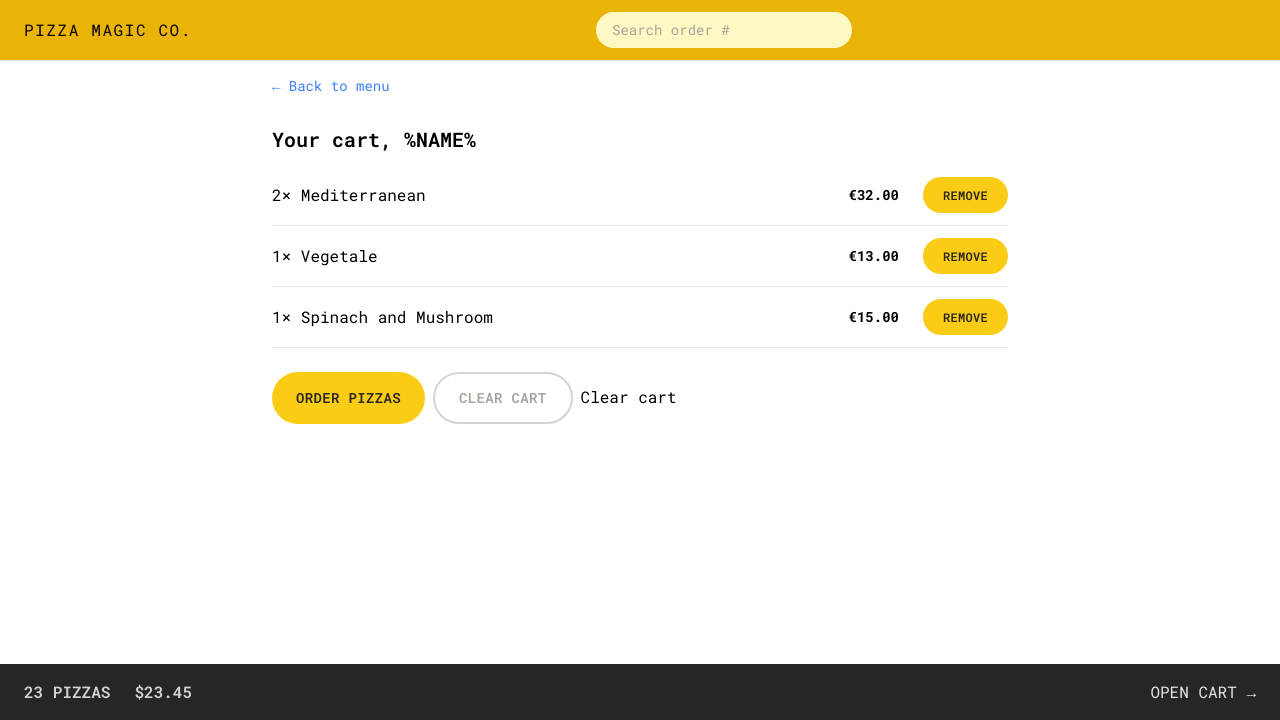
Repository: SyLe-Van/The-Pizza-Magic-web
Page: /cart
An editor plug-in stored every save of this project. The page is shown before and after the next save, followed by the edit.
The browser window is 1280 px wide. The pictures show the whole page.
The project was rebuilt for these pictures with package versions that can differ from the ones it lists, and the page was loaded fresh each time. Also part of the build but not shown: vite.config.js, src/features/user/CreateUser.jsx, src/ui/Home.jsx, src/ui/Loader.jsx, src/services/apiRestaurant.js, src/features/menu/Menu.jsx, src/ui/Error.jsx, src/features/order/CreateOrder.jsx and 2 more. Imported but missing from the stored project, and not drawn on this page: src/features/menu/MenuItem.

Above is the page before, as saved 2024-07-28 23:08:38.

### index.html
<!doctype html>
<html lang="en">
  <head>
    <meta charset="UTF-8" />
    <link rel="icon"
      href="data:[embedded picture, 141 characters]">

    <meta name="viewport" content="width=device-width, initial-scale=1.0" />
    <link rel="preconnect" href="https://fonts.googleapis.com">
    <link rel="preconnect" href="https://fonts.gstatic.com" crossorigin>
    <link href="https://fonts.googleapis.com/css2?family=Roboto+Mono:ital,wght@0,100..700;1,100..700&display=swap"
      rel="stylesheet">
    <title>Pizza Magic</title>
  </head>
  <body clas="bg-stone-100 text-stone-700">
    <div id="root"></div>
    <script type="module" src="/src/main.jsx"></script>
  </body>
</html>

### src/main.jsx
import React from 'react'
import ReactDOM from 'react-dom/client'
import App from './App.jsx'
import store from './store'
import { Provider } from 'react-redux'
import './index.css'
ReactDOM.createRoot(document.getElementById('root')).render(
  <React.StrictMode>
    <Provider store={store}>
      <App />
    </Provider>
  </React.StrictMode>,
)

### src/App.jsx
import {RouterProvider, createBrowserRouter } from "react-router-dom"
import Home from "./ui/Home"
import AppLayout from "./ui/AppLayout"
import Menu, {loader as menuLoader} from "./features/menu/Menu"
import Cart from "./features/cart/Cart"
import Error from "./ui/Error"
import CreateOrder, {action as CreateOrderAction} from "./features/order/CreateOrder"
import Order, {loader as orderLoader} from "./features/order/Order"
const router = createBrowserRouter([
  {
    element: <AppLayout />,
    errorElement: <Error />,
    children: [
      {
        path: "/",
        element: <Home />
      },
      {
        path: "/menu",
        element: <Menu />,
        loader: menuLoader,
        errorElement: <Error />,
      },
      {
        path: "/cart",
        element: <Cart />
      },
      {
        path: "/order/new",
        element: <CreateOrder />,
        action: CreateOrderAction,
      },
      {
        path: "/order/:orderId",
        element: <Order />,
        loader: orderLoader,
        errorElement: <Error />,
      }
    ]
  },


])

export default function App() {
  return <RouterProvider router={router} />
}

### src/index.css
@tailwind base;
@tailwind components;
@tailwind utilities;

@layer components {
  .input{
    @apply
      rounded-full
       md:px-6 md:py-3
        focus:ring
        focus:ring-yellow-400
         focus:outline-none
          border
           border-stone-200
             px-4 py-2
            text-sm transition-all
             duration-300
              placeholder:text-stone-400
               bg-slate-300

  }
    .loader {
      width: 45px;
      aspect-ratio: 0.75;
      --c: no-repeat linear-gradient(theme(colors.stone.800) 0 0);
      background: var(--c) 0% 50%, var(--c) 50% 50%, var(--c) 100% 50%;
      background-size: 20% 50%;
      animation: loading 1s infinite linear;
    }

    @keyframes loading {
      20% {
        background-position: 0% 0%, 50% 50%, 100% 50%;
      }

      40% {
        background-position: 0% 100%, 50% 0%, 100% 50%;
      }

      60% {
        background-position: 0% 50%, 50% 100%, 100% 0%;
      }

      80% {
        background-position: 0% 50%, 50% 50%, 100% 100%;
      }
    }
}
/* body {
  font-family: system-ui, -apple-system, BlinkMacSystemFont, 'Segoe UI', Roboto,
    Oxygen, Ubuntu, Cantarell, 'Open Sans', 'Helvetica Neue', sans-serif;
  background-color: #f7f7f7;
  color: #444;
}

.layout {
  display: grid;
  grid-template-rows: auto 1fr auto;
  gap: 32px;
  height: 100dvh;

} */

/* https://dev.to/afif/i-made-100-css-loaders-for-your-next-project-4eje */

### src/ui/AppLayout.jsx
import { Outlet, useNavigation } from "react-router-dom";
import CartOverview from "../features/cart/CartOverview";
import Header from "./Header";
import Loader from "./Loader";
export default function AppLayout() {
    const navigation = useNavigation()
    const isLoading = navigation.state === "loading"
    return (
        <div className="grid h-screen grid-rows-[auto_1fr_auto]">
            {isLoading && <Loader />}
            <Header />
            <div className="overflow-scroll">
                <main className="mx-auto max-w-3xl ">
                    <Outlet />
                </main>
            </div>
            <CartOverview />
        </div>
    )
}

### src/features/cart/Cart.jsx
import { Link } from 'react-router-dom';
import LinkButton from '../../ui/LinkButton';
import Button from '../../ui/Button';
import CartItem from './CartItem';
const fakeCart = [
  {
    pizzaId: 12,
    name: 'Mediterranean',
    quantity: 2,
    unitPrice: 16,
    totalPrice: 32,
  },
  {
    pizzaId: 6,
    name: 'Vegetale',
    quantity: 1,
    unitPrice: 13,
    totalPrice: 13,
  },
  {
    pizzaId: 11,
    name: 'Spinach and Mushroom',
    quantity: 1,
    unitPrice: 15,
    totalPrice: 15,
  },
];

function Cart() {
  const cart = fakeCart;

  return (
    <div className='py-3 px-4 '>
      <LinkButton to="/menu">&larr; Back to menu</LinkButton>
      <h2 className='mt-7 text-xl font-semibold'>Your cart, %NAME%</h2>
      <ul className='divide-y divide-stone-200 border-b mt-3'>
        {cart.map(item => <CartItem item={item} key={item.key} />)}
      </ul>
      <div className='mt-6 space-x-2'>
        <Button type="primary" to="/order/new">Order pizzas</Button>

        <Button type="secondary">Clear cart</Button>
        <button>Clear cart</button>
      </div>
    </div>
  );
}

export default Cart;

### src/features/user/userSlice.js
// function getPosition() {
//   return new Promise(function (resolve, reject) {
//     navigator.geolocation.getCurrentPosition(resolve, reject);
//   });
// }

// async function fetchAddress() {
//   // 1) We get the user's geolocation position
//   const positionObj = await getPosition();
//   const position = {
//     latitude: positionObj.coords.latitude,
//     longitude: positionObj.coords.longitude,
//   };

//   // 2) Then we use a reverse geocoding API to get a description of the user's address, so we can display it the order form, so that the user can correct it if wrong
//   const addressObj = await getAddress(position);
//   const address = `${addressObj?.locality}, ${addressObj?.city} ${addressObj?.postcode}, ${addressObj?.countryName}`;

//   // 3) Then we return an object with the data that we are interested in
//   return { position, address };
// }
import { createSlice } from "@reduxjs/toolkit";

const initialState = {
  username: "",
};
const userSlice = createSlice({
  name: "user",
  initialState,
  reducers: {
    updateName(state, action) {
      state.username = action.payload;
    },
  },
});

export const { updateName } = userSlice.actions;

export default userSlice.reducer;

### src/features/cart/CartOverview.jsx
import { Link } from "react-router-dom";

export default function CartOverview() {
  return (
    <div className="bg-stone-800 text-stone-200 py-4 justify-between uppercase  px-4 sm:px-6 md:text-base flex items-center">
      <p className="text-stone-300 font-semibold space-x-4 sm:space-x-6">
        <span>23 pizzas</span>
        <span>$23.45</span>
      </p>
      <Link to='/cart'>Open cart &rarr;</Link>
    </div>
  );
}

### src/ui/Header.jsx
import { Link } from "react-router-dom";
import Username from "../features/user/Username";
import SearchOrder from "../features/order/SearchOrder";

export default function Header() {
    return (
        <header className="bg-yellow-500  flex items-center justify-between uppercase py-3 px-4 border-b border-stone-200 sm:px-6">
            <Link className="tracking-widest" to="/">Pizza Magic Co.</Link>
            <SearchOrder />

            <Username />

        </header>
    )
}

### src/ui/LinkButton.jsx
import {Link, useNavigate } from 'react-router-dom';
function LinkButton({ children, to }) {
    const navigatate = useNavigate();
    const className = "text-sm text-blue-500 hover:text-blue-600 hover:underline"
    if(to === '-1') {
        return (
            <button className={className} onClick={() => navigatate(-1)}>
            {children}
          </button>
        );
    }
  return (
      <Link to={to} className={className}>
          {children}
    </Link>
  );
}

export default LinkButton;

### src/ui/Button.jsx
import { Link } from "react-router-dom";
function Button({ children, disabled, to , type}) {

    const base = "bg-yellow-400 text-sm focus:outline-none focus:ring-offset-2 focus:ring focus:ring-yellow-300 focus:bg-yellow-300 duration-300 transition-colors uppercase font-semibold   text-stone-800 inline-block  tracking-wide rounded-full hover:bg-yellow-300 disabled:cursor-not-allowed "
    const styles = {
        secondary: "focus:outline-none text-sm hover:text-stone-800 border-2 py-2.5 px-4 md:px-6 md:py-3.5 border-stone-300 focus:ring-offset-2 focus:ring focus:ring-stone-200 focus:bg-stone-300 duration-300 transition-colors uppercase font-semibold   text-stone-400 inline-block  tracking-wide rounded-full hover:bg-stone-300 disabled:cursor-not-allowed ",
        primary: base + "py-3 px-4  md:px-6 md:py-4",
        small: base + "px-4 py-2 md:px-5 md:py-2.5 text-xs"
    }
    if (to) {
        return <Link className={styles[type]} to={to}>{children}</Link>
    }
    return <button disabled={disabled} className={styles[type]}>
      {children}
  </button>
}
export default Button;

### src/features/cart/CartItem.jsx
import Button from "../../ui/Button";
import { formatCurrency } from "../../utils/helpers";
function CartItem({ item }) {
  const { pizzaId, name, quantity, totalPrice } = item;

  return (
    <li className="py-3 sm:flex sm:items-center sm:justify-between ">
      <p className="mb-1 sm:mb-0">
        {quantity}&times; {name}
      </p>
      <div className="flex justify-between sm:gap-6 items-center">
        <p className="text-sm font-bold">{formatCurrency(totalPrice)}</p>
        <Button type="small">Remove</Button>
      </div>
    </li>
  );
}

export default CartItem;

### src/features/user/Username.jsx
import { useSelector } from "react-redux";

function Username() {
    const username = useSelector(state => state.user.username);
    return (
        <div className="text-sm hidden font-semibold md:block">{username}</div>
    )
}

export default Username;

### src/features/order/SearchOrder.jsx
import {useState} from 'react';
import { useNavigate } from 'react-router-dom';
export default function SearchOrder() {
    const [query, setQuery] = useState("");
    const navigate = useNavigate()

    function handleSubmit(e) {
        e.preventDefault();
        if (!query) return;
        navigate('/order/' + query)
        setQuery("")
    }
    return (
        <form onSubmit={handleSubmit}>
            <input  placeholder="Search order #"
                value={query}
                onChange={e => setQuery(e.target.value)}
                className='w-28 transition-all duration-300 focus:ring-opacity-50 rounded-full bg-yellow-100 px-4 py-2 text-sm placeholder:text-stone-400 sm:w-64 sm:focus:focus:w-72 focus:outline-none focus:ring focus:ring-yellow-500'
            />
        </form>
    )
}

### tailwind.config.js
/** @type {import('tailwindcss').Config} */
module.exports = {
  content: ["./index.html", "./src/**/*.{html,js,jsx,tsx}"],
  theme: {
    fontFamily: {
      sans: "Roboto Mono, monospace",
    },

    extend: {
      fontSize: {
        huge: ["8rem", { lineHeight: "1" }],
      },
      height: {
        screen: "100dvh",
      },
    },
  },
  plugins: [],
};

Loaded but not shown: src/store.js (common file); src/utils/helpers.js (common file)

After the next save:
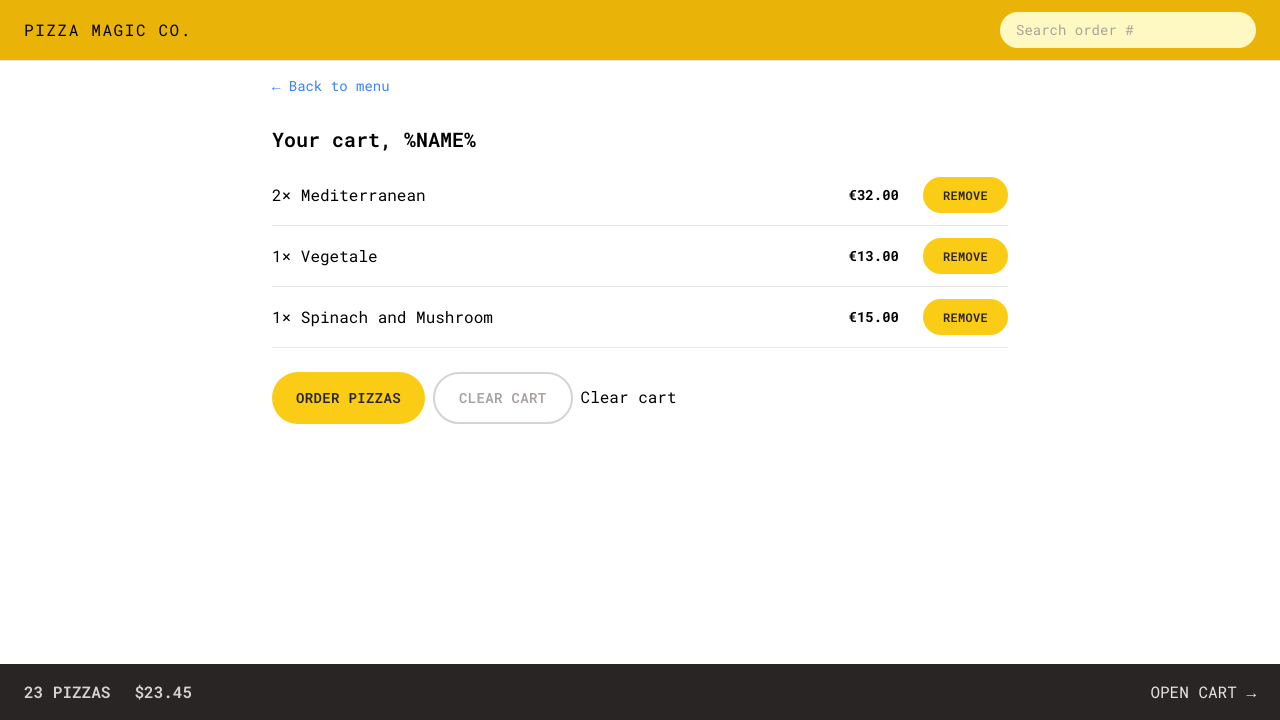
Saved 16 s later.
--- a/src/features/user/Username.jsx
+++ b/src/features/user/Username.jsx
@@ -2,6 +2,7 @@ import { useSelector } from "react-redux";
 
 function Username() {
     const username = useSelector(state => state.user.username);
+    if(!username) return null;
     return (
         <div className="text-sm hidden font-semibold md:block">{username}</div>
     )
